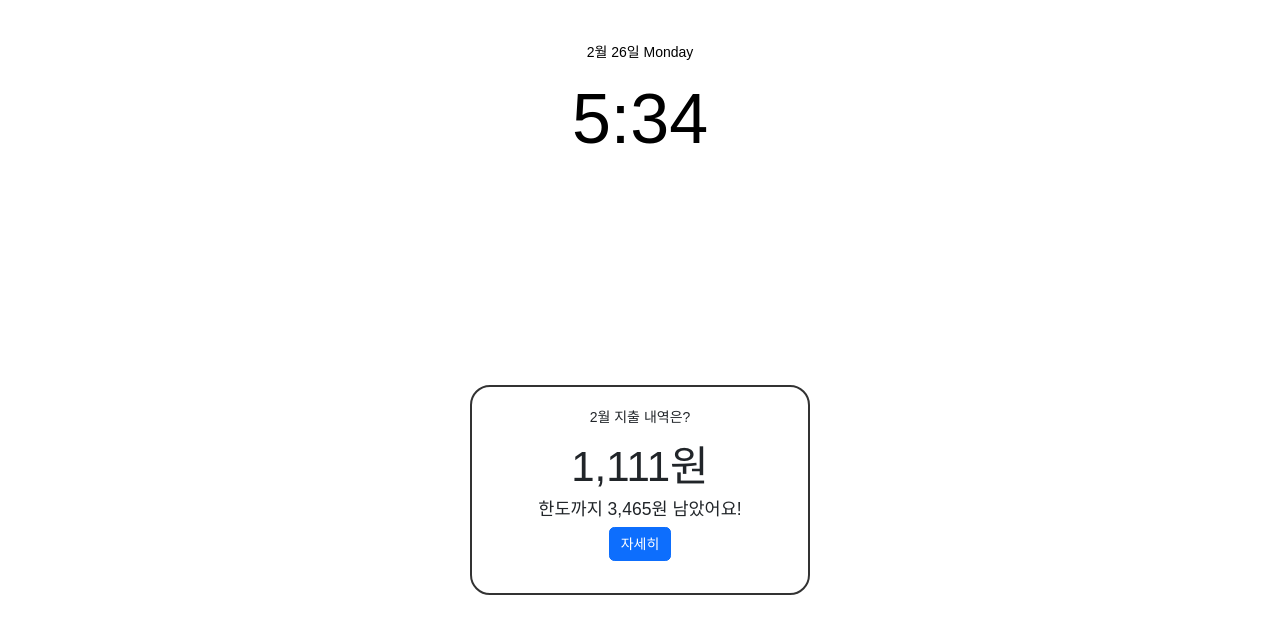
Repository: kimSummerrain/KairosHackathon
Page: venvs/karios/templates/startscreen.html
The author's editor kept a copy of each file at every save. The page is drawn from the files as they stood at one save, then again after the next save.
The browser window is 1280 px wide. The pictures show the whole page.

Above is the page before, as saved 2024-02-26 15:04:30.

### venvs/karios/templates/startscreen.html
<!DOCTYPE html>
<html lang="en">

<head>
    <meta charset="UTF-8">
    <meta name="viewport" content="width=device-width, initial-scale=1.0">
    <title>Document</title>
    <link href="https://cdn.jsdelivr.net/npm/bootstrap@5.3.3/dist/css/bootstrap.min.css" rel="stylesheet"
        integrity="sha384-QWTKZyjpPEjISv5WaRU9OFeRpok6YctnYmDr5pNlyT2bRjXh0JMhjY6hW+ALEwIH" crossorigin="anonymous">
    <script src="https://cdn.jsdelivr.net/npm/bootstrap@5.3.3/dist/js/bootstrap.bundle.min.js"
        integrity="sha384-YvpcrYf0tY3lHB60NNkmXc5s9fDVZLESaAA55NDzOxhy9GkcIdslK1eN7N6jIeHz"
        crossorigin="anonymous"></script>
    <link href="static/css/main-style.css" rel="stylesheet" />

    <script>
        // 현재 날짜를 가져와서 표시하는 함수
        function displayDate() {
            var today = new Date(); // 현재 날짜 및 시간 가져오기
            var month = today.getMonth() + 1; // 월 가져오기 (0부터 시작하므로 +1)
            var day = today.getDate(); // 일 가져오기
            var dayOfWeek = today.toLocaleDateString('en-US', { weekday: 'long' }); // 요일 가져오기
            var hour = today.getHours(); // 시간 가져오기
            var minute = today.getMinutes(); // 분 가져오기

            minute = minute < 10 ? '0' + minute : minute;

            // HTML 요소에 날짜와 요일 표시
            document.getElementById('date').innerHTML = month + '월 ' + day + '일 ' + dayOfWeek;
            document.getElementById('time').innerHTML = hour + ':' + minute;
            document.getElementById('month').innerHTML = month + '월 지출 내역은?';
        }

        // 페이지가 로드될 때 displayDate 함수 실행
        window.onload = function () {
            // 매 초마다 updateDateTime 함수를 호출하여 시간을 업데이트
            setInterval(displayDate, 1000); // 1000ms = 1초
            // 최초 로드시 한번 호출하여 초기화
            displayDate();
        };
    </script>
</head>

<body>
    <div class="container-fluid p-5 bg-white text-black text-center">
        <p id="date"></p>
        <h1 id="time"></h1>
        <h1><br><br></h1>
    </div>
    <div class="rounded-rectangle">
        <p id="month"></p>
        <h2>1,111원</h1>
            <h5>한도까지 3,465원 남았어요!</h5>
            <button class="btn btn-primary">자세히</button>
    </div>
</body>

</html>

### venvs/karios/static/css/main-style.css
html,
body {
    margin: 0;
    padding: 0;
    font-family: Arial, Helvetica Neue, Helvetica, sans-serif;
    font-size: 14px;
}

#calendar {
    max-width: 1100px;
    margin: 40px auto;
}

a.fc-daygrid-day-number {
    color: black;
    text-decoration: none;
}

a.fc-col-header-cell-cushion {
    color: black;
    text-decoration: none;
}

.navbar-nav .nav-link {
    font-size: 18px;
}

.rounded-rectangle {
    width: 340px;
    /* 직사각형의 너비 */
    height: 210px;
    /* 직사각형의 높이 */
    background-color: #ffffff;
    /* 배경색 */
    border-radius: 20px;
    /* 꼭짓점을 둥글게 하는 정도 */
    margin: 0px auto 0;
    /* rectangle과 겹치도록 마진 조정 */
    padding: 20px;
    /* 내부 여백 */
    text-align: center;
    /* 내용을 가운데 정렬 */
    border: 2px solid #333;
    /* 테두리의 두께와 색상 */
    position: relative;
    /* 포지션을 상대위치로 설정하여 겹치게 함 */
    z-index: -1;
    /* 겹치는 요소의 순서를 지정 */
}

h1 {
    font-size: 5em;
}

h2 {
    font-size: 3em;

}

### venvs/karios/static/js/date.js
// 현재 날짜를 가져와서 표시하는 함수
function displayDate() {
    var today = new Date(); // 현재 날짜 및 시간 가져오기
    var month = today.getMonth() + 1; // 월 가져오기 (0부터 시작하므로 +1)
    var day = today.getDate(); // 일 가져오기
    var dayOfWeek = today.toLocaleDateString('en-US', { weekday: 'long' }); // 요일 가져오기
    var hour = today.getHours(); // 시간 가져오기
    var minute = today.getMinutes(); // 분 가져오기

    minute = minute < 10 ? '0' + minute : minute;

    // HTML 요소에 날짜와 요일 표시
    document.getElementById('date').innerHTML = month + '월 ' + day + '일 ' + dayOfWeek;
    document.getElementById('time').innerHTML = hour + ':' + minute;
    document.getElementById('month').innerHTML = month + '월 지출 내역은?';
}

// 페이지가 로드될 때 displayDate 함수 실행
window.onload = function () {
    // 매 초마다 updateDateTime 함수를 호출하여 시간을 업데이트
    setInterval(displayDate, 1000); // 1000ms = 1초
    // 최초 로드시 한번 호출하여 초기화
    displayDate();
};

After the next save:
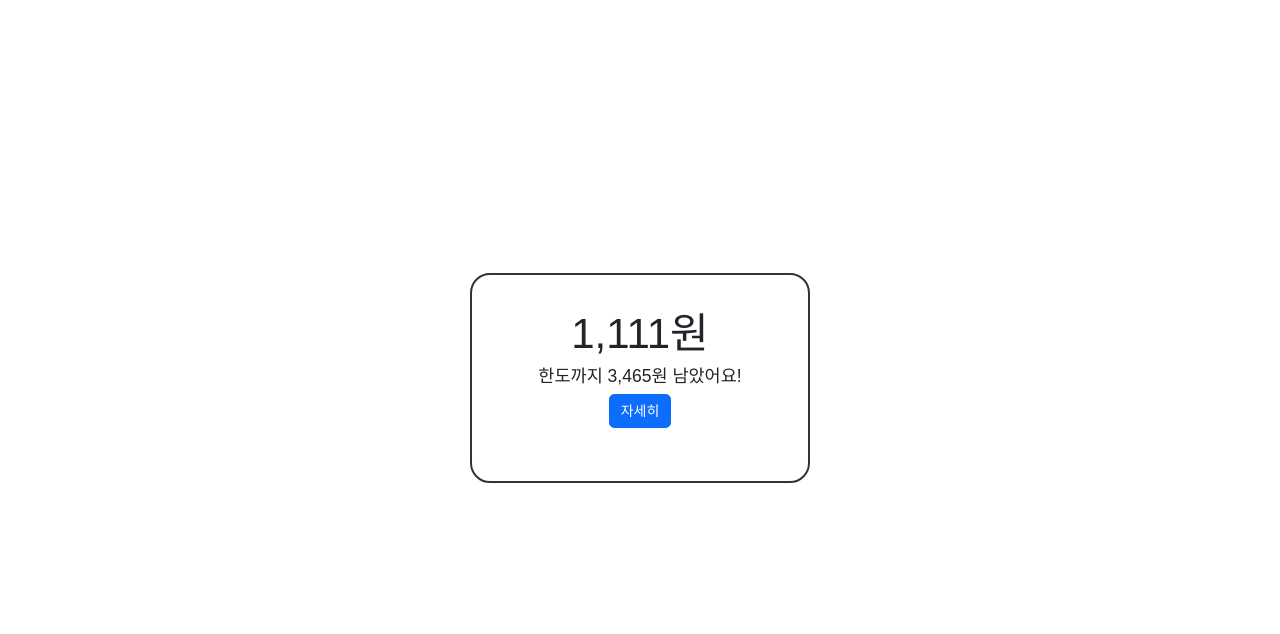
Saved 10 s later.
--- a/venvs/karios/templates/startscreen.html
+++ b/venvs/karios/templates/startscreen.html
@@ -11,33 +11,6 @@
         integrity="sha384-YvpcrYf0tY3lHB60NNkmXc5s9fDVZLESaAA55NDzOxhy9GkcIdslK1eN7N6jIeHz"
         crossorigin="anonymous"></script>
     <link href="static/css/main-style.css" rel="stylesheet" />
-
-    <script>
-        // 현재 날짜를 가져와서 표시하는 함수
-        function displayDate() {
-            var today = new Date(); // 현재 날짜 및 시간 가져오기
-            var month = today.getMonth() + 1; // 월 가져오기 (0부터 시작하므로 +1)
-            var day = today.getDate(); // 일 가져오기
-            var dayOfWeek = today.toLocaleDateString('en-US', { weekday: 'long' }); // 요일 가져오기
-            var hour = today.getHours(); // 시간 가져오기
-            var minute = today.getMinutes(); // 분 가져오기
-
-            minute = minute < 10 ? '0' + minute : minute;
-
-            // HTML 요소에 날짜와 요일 표시
-            document.getElementById('date').innerHTML = month + '월 ' + day + '일 ' + dayOfWeek;
-            document.getElementById('time').innerHTML = hour + ':' + minute;
-            document.getElementById('month').innerHTML = month + '월 지출 내역은?';
-        }
-
-        // 페이지가 로드될 때 displayDate 함수 실행
-        window.onload = function () {
-            // 매 초마다 updateDateTime 함수를 호출하여 시간을 업데이트
-            setInterval(displayDate, 1000); // 1000ms = 1초
-            // 최초 로드시 한번 호출하여 초기화
-            displayDate();
-        };
-    </script>
 </head>
 
 <body>

After the 2 saves that followed:
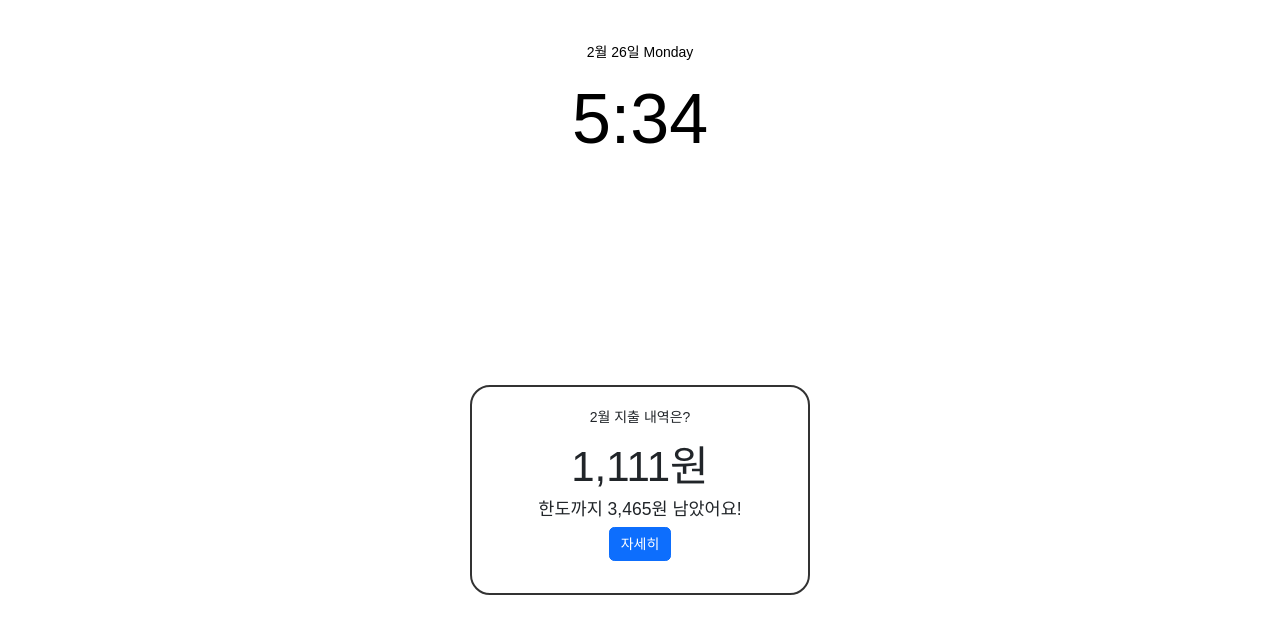
The 2 saves are shown as one change because 1 left the picture as it was.
The last was saved 33 s later.
--- a/venvs/karios/templates/startscreen.html
+++ b/venvs/karios/templates/startscreen.html
@@ -25,6 +25,8 @@
             <h5>한도까지 3,465원 남았어요!</h5>
             <button class="btn btn-primary">자세히</button>
     </div>
+    <!-- date js -->
+    <script src="static/js/date.js"></script>
 </body>
 
 </html>
